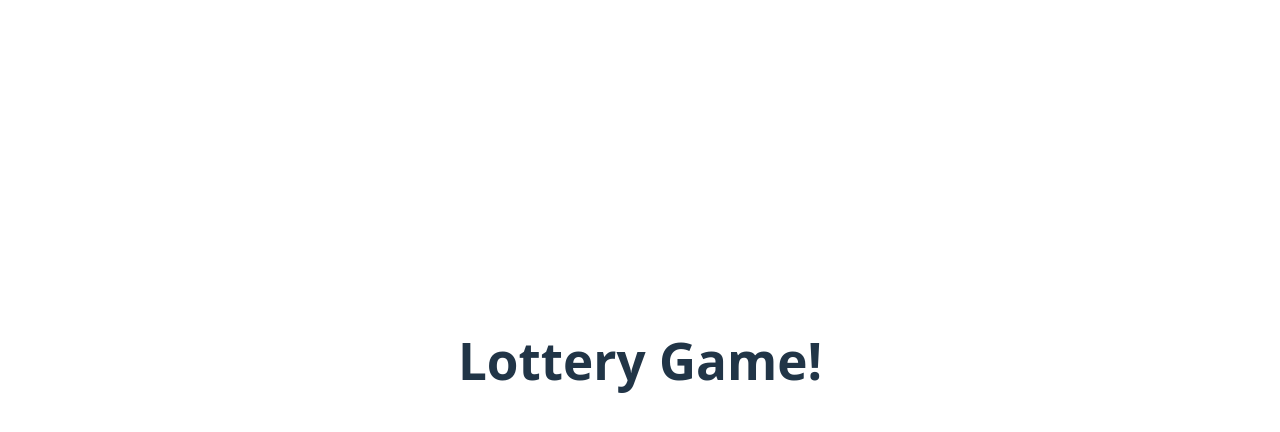
Repository: Ravikumar7210/Web_workspace
Page: / (app in React_Projects/Lottery/)
An editor plug-in stored every save of this project. The page is shown before and after the next save, followed by the edit.
The browser window is 1280 px wide. The pictures show the whole page.
The project was rebuilt for these pictures with package versions that can differ from the ones it lists, and the page was loaded fresh each time. Also part of the build but not shown: React_Projects/Lottery/vite.config.js.

Above is the page before, as saved 2025-04-07 15:10:07.

### React_Projects/Lottery/src/App.jsx

import Lottery from './Lottery'
import './App.css';

function App() {

  return (
    <>
    <Lottery/>
    </>

  );

}

export default App

### React_Projects/Lottery/src/Lottery.jsx
import {useState} from 'react';
import { genTicket } from './helper';
export default  function Lottery() {

let [ticket, setTicket] = useState(genTicket);
return (
<div>
<h1>Lottery Game!</h1>
<div className='ticket'>
<span >{ticket[0]}</span>
<span>{ticket[0]}</span>
<span>{ticket[0]}</span>
</div>
</div>
);

}

### React_Projects/Lottery/src/helper.js
function genTicket (n){
    let arr = new Array(n);
    for (let i= 0; i<n; i++){
        arr[i]=Math.floor(Math.randome() * 10);
       }
       return arr;
}

export {genTicket};

Loaded but not shown: React_Projects/Lottery/index.html (common file); React_Projects/Lottery/src/main.jsx (common file); React_Projects/Lottery/src/index.css (common file); React_Projects/Lottery/src/App.css (common file)

After the next save:
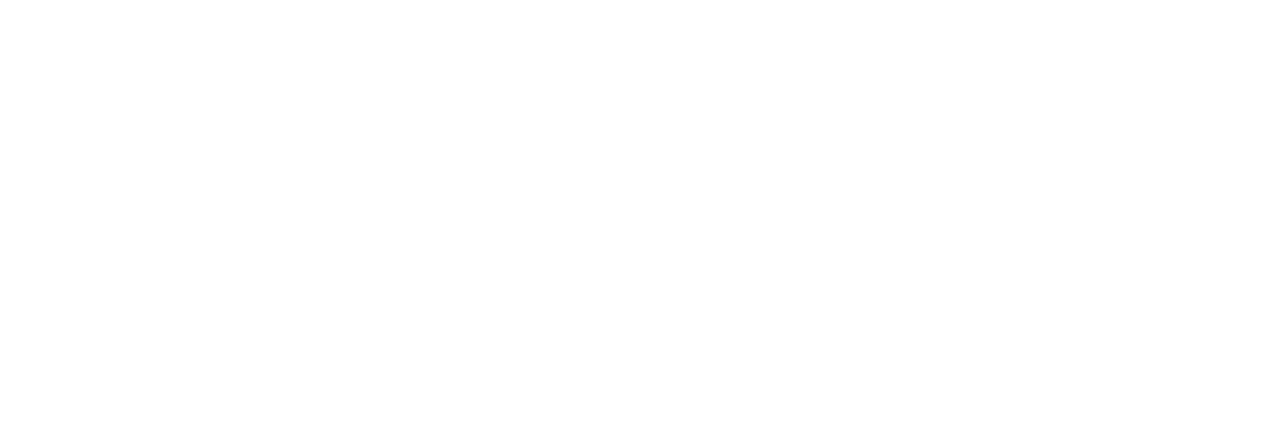
Console error: TypeError: Math.randome is not a function
Saved 32 s later.
--- a/React_Projects/Lottery/src/Lottery.jsx
+++ b/React_Projects/Lottery/src/Lottery.jsx
@@ -2,7 +2,7 @@
 import { genTicket } from './helper';
 export default  function Lottery() {
 
-let [ticket, setTicket] = useState(genTicket);
+let [ticket, setTicket] = useState(genTicket(3));
 return (
 <div>
 <h1>Lottery Game!</h1>

After the save that followed:
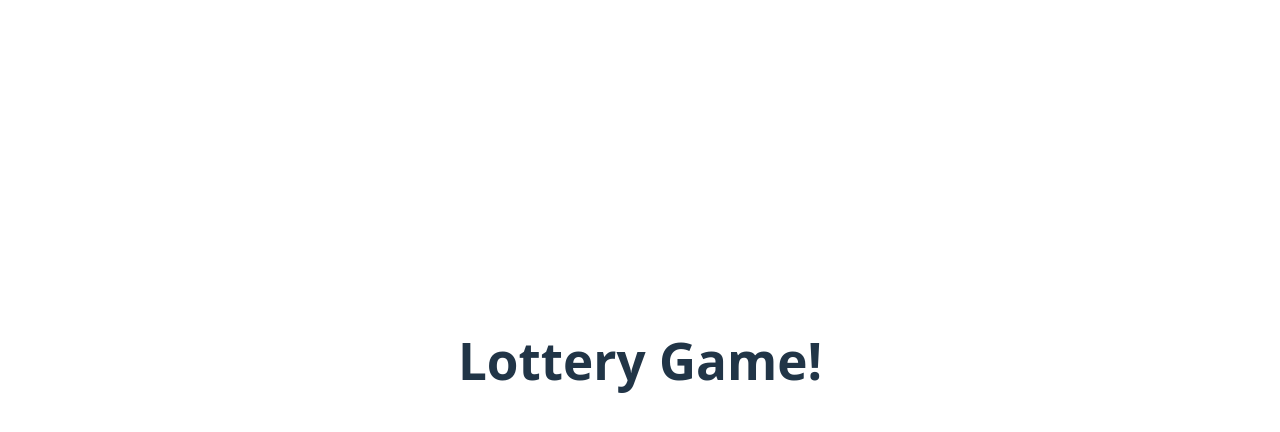
The error is gone.
Saved 7 s later.
--- a/React_Projects/Lottery/src/Lottery.jsx
+++ b/React_Projects/Lottery/src/Lottery.jsx
@@ -2,7 +2,7 @@
 import { genTicket } from './helper';
 export default  function Lottery() {
 
-let [ticket, setTicket] = useState(genTicket(3));
+let [ticket, setTicket] = useState(genTicket);
 return (
 <div>
 <h1>Lottery Game!</h1>
